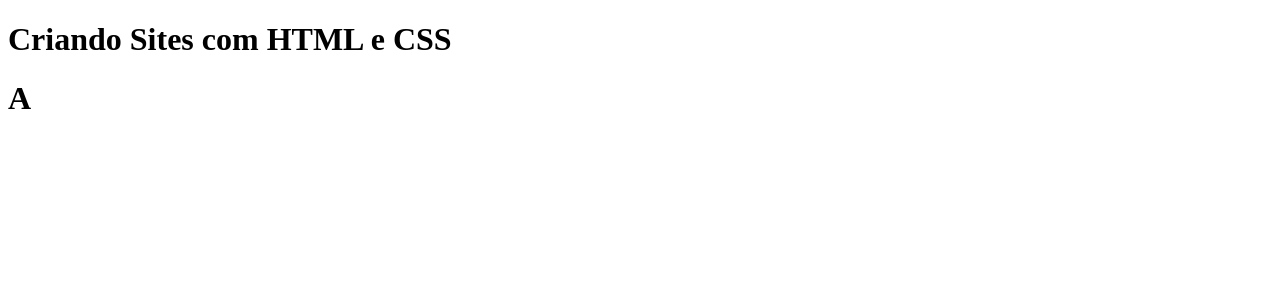
Repository: Codigo404q/html-css
Page: exercicios/ex019/seletor01.html
An editor plug-in stored every save of this project. The page is shown before and after a run of saves, followed by the edit.
The browser window is 1280 px wide. The pictures show the whole page.

Above is the page before, as saved 2023-11-05 21:31:01.

After the next 2 saves:
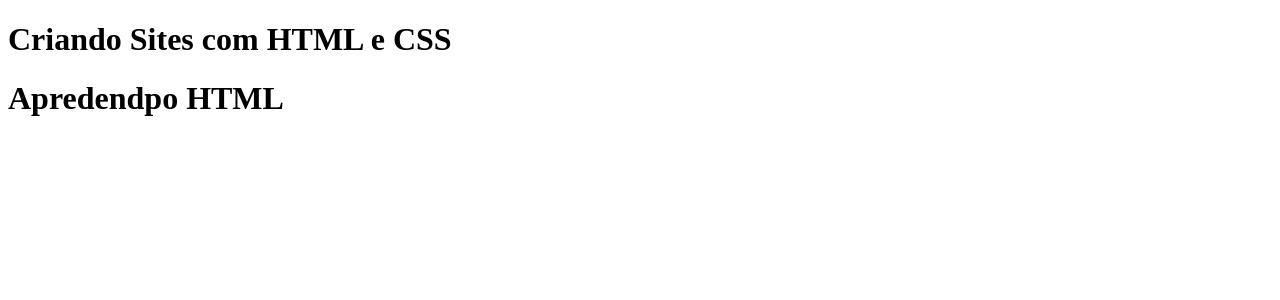
The 2 saves are shown as one change because they came seconds apart.
The last was saved 8 s later.
--- a/exercicios/ex019/seletor01.html
+++ b/exercicios/ex019/seletor01.html
@@ -7,6 +7,6 @@
 </head>
 <body>
     <h1>Criando Sites com HTML e CSS</h1>
-    <h1>A</h1>
+    <h1>Apredendpo HTML</h1>
 </body>
 </html>
